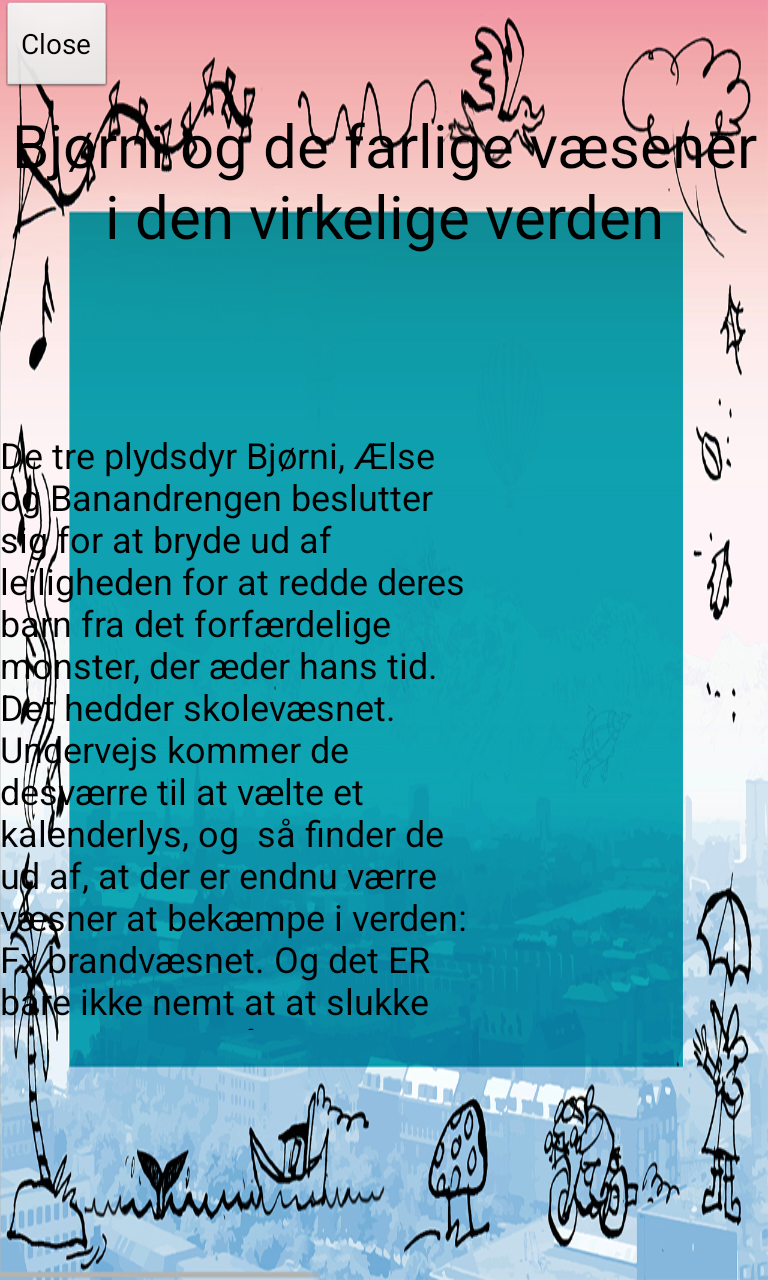
Repository: DreadMuffin/work
Layout: tablets/Historie/res/layout/popup3.xml
The author's editor kept a copy of each file at every save. The layout is drawn from the files as they stood at one save, then again after the next save.
It is drawn on a 768 x 1280 px phone screen (xhdpi) without system bars, with theme android:Theme.NoTitleBar; the app's code is not run.

Above is the layout before, as saved 2015-02-26 04:55:26.

### tablets/Historie/res/layout/popup3.xml
<RelativeLayout xmlns:android="http://schemas.android.com/apk/res/android"
    xmlns:tools="http://schemas.android.com/tools"
    android:id="@+id/popup_element3"
    android:layout_width="match_parent"
    android:layout_height="match_parent"
    android:background="@drawable/popupwp"
    tools:context=".Historie" >

    <Button
        android:id="@+id/btn_close_popup"
        android:layout_width="wrap_content"
        android:layout_height="wrap_content"
        android:layout_gravity="center"
        android:text="Close" />

    <TextView
        android:id="@+id/textView1"
        android:layout_width="500dp"
        android:layout_height="75dp"
        android:layout_above="@+id/txt"
        android:layout_alignLeft="@+id/txt"
        android:layout_marginBottom="88dp"
        android:gravity="center"
        android:text="Bjørni og de farlige væsener i den virkelige verden"
        android:textColor="#000000"
        android:textSize="30sp" />

    <TextView
        android:id="@+id/txt"
        android:layout_width="500dp"
        android:layout_height="300dp"
        android:layout_alignParentBottom="true"
        android:layout_alignParentRight="true"
        android:layout_marginBottom="125dp"
        android:layout_marginLEft="30dp"
        android:layout_marginRight="143dp"
        android:text="De tre plydsdyr Bjørni, Ælse og Banandrengen beslutter sig for at bryde ud af lejligheden for at redde deres barn fra det
forfærdelige monster, der æder hans tid. Det hedder skolevæsnet. Undervejs kommer de desværre til at vælte et kalenderlys, og
så finder de ud af, at der er endnu værre væsner at bekæmpe i verden: Fx brandvæsnet. Og det ER bare ikke nemt at at slukke en
ildebrand, når man er lavet af plys og pladevat, og når ens bedste ven er skabt uden arme!"
        android:textColor="#000000"
        android:textSize="18sp" />

    <ImageView
        android:layout_width="505dp"
        android:layout_height="505dp"
        android:layout_centerVertical="true"
        android:layout_toLeftOf="@+id/textView1"
        android:src="@drawable/tmp" />

</RelativeLayout>

After the next save:
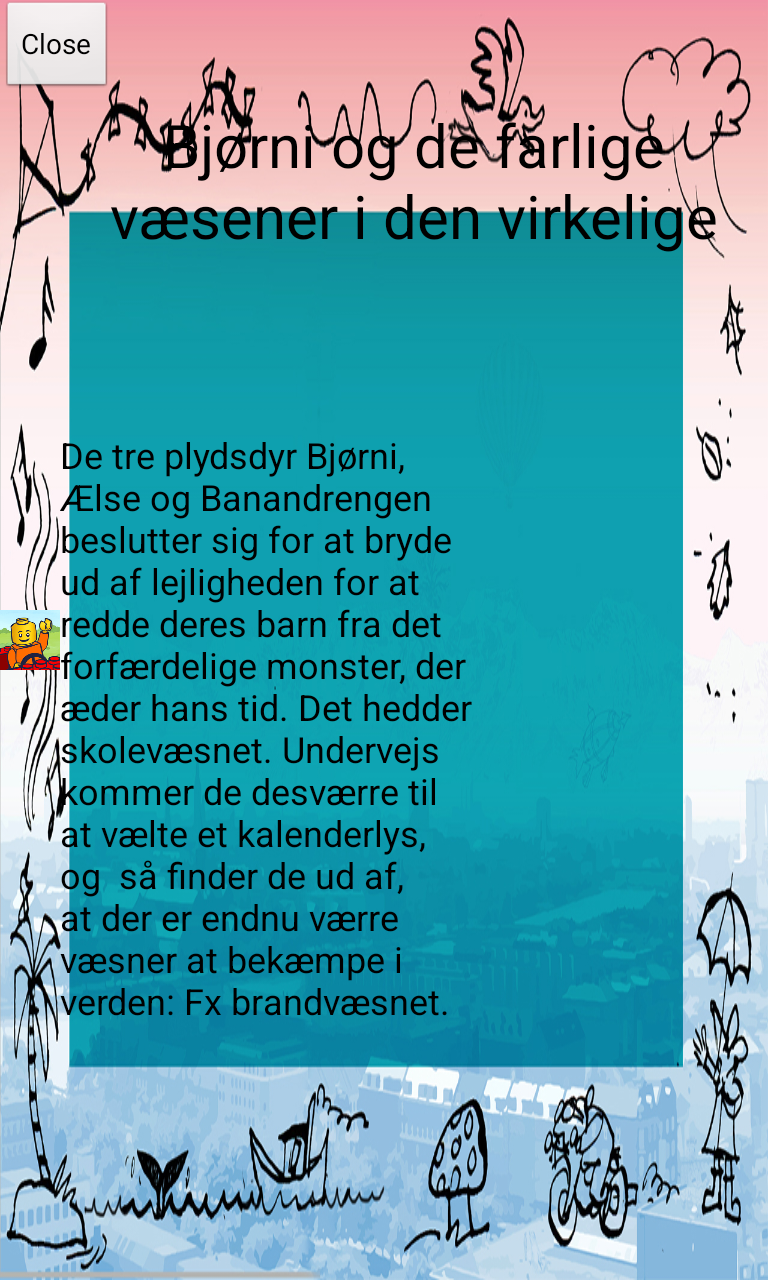
Saved 12 s later.
--- a/tablets/Historie/res/layout/popup3.xml
+++ b/tablets/Historie/res/layout/popup3.xml
@@ -32,7 +32,7 @@
         android:layout_alignParentBottom="true"
         android:layout_alignParentRight="true"
         android:layout_marginBottom="125dp"
-        android:layout_marginLEft="30dp"
+        android:layout_marginLeft="30dp"
         android:layout_marginRight="143dp"
         android:text="De tre plydsdyr Bjørni, Ælse og Banandrengen beslutter sig for at bryde ud af lejligheden for at redde deres barn fra det
 forfærdelige monster, der æder hans tid. Det hedder skolevæsnet. Undervejs kommer de desværre til at vælte et kalenderlys, og
